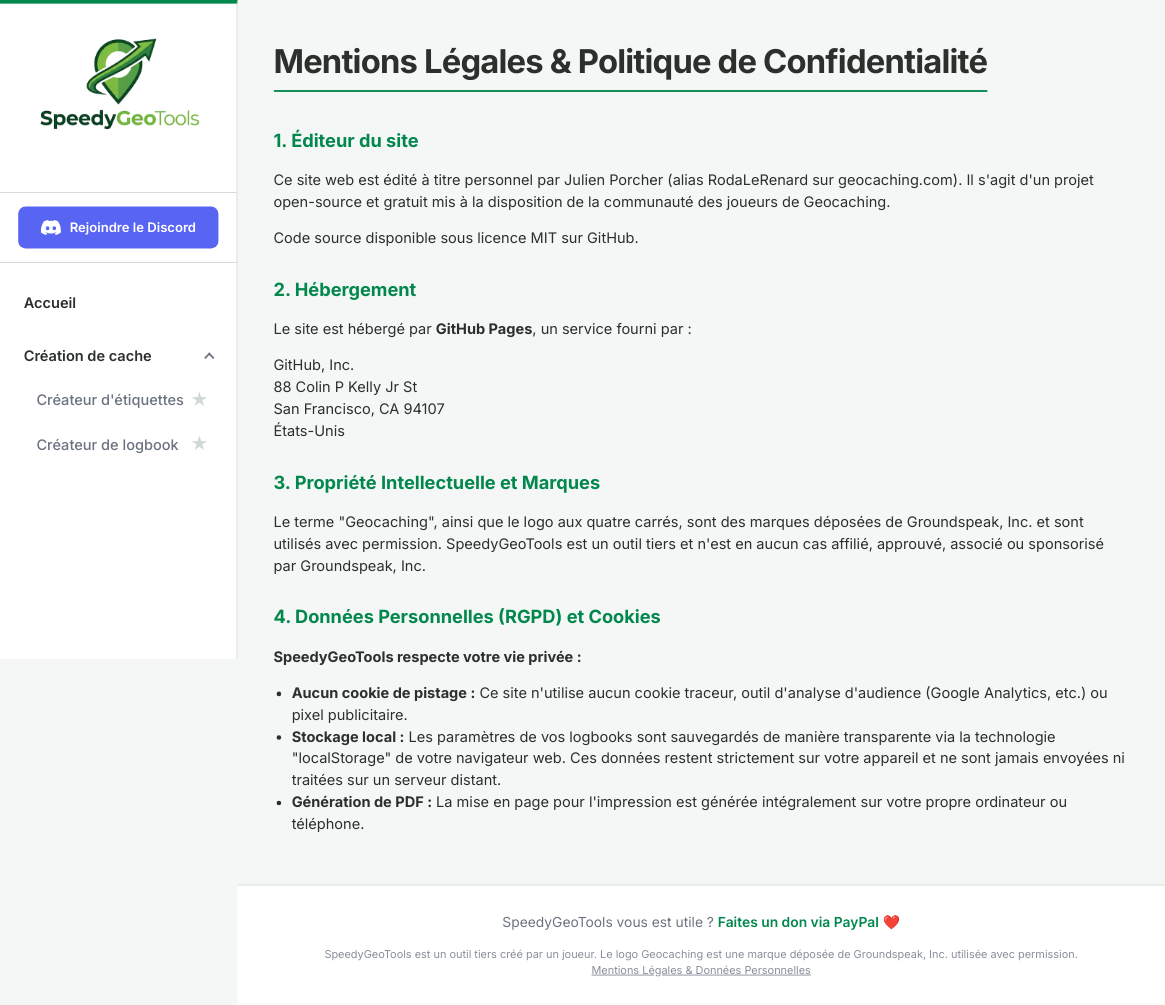
Repository: rodafux/SpeedyGeoTools
Page: mentions-legales.html
The author's editor kept a copy of each file at every save. The page is drawn from the files as they stood at one save, then again after the next save.
The browser window is 1280 px wide. The pictures show the whole page, at 91% of full size.

Above is the page before, as saved 2026-04-11 00:04:10.

### mentions-legales.html
<!DOCTYPE html>
<html lang="fr">
<head>
    <meta charset="UTF-8">
    <meta name="viewport" content="width=device-width, initial-scale=1.0">
    <title>Mentions Légales - SpeedyGeoTools</title>
    <link rel="preconnect" href="https://fonts.googleapis.com">
    <link rel="preconnect" href="https://fonts.gstatic.com" crossorigin>
    <link href="https://fonts.googleapis.com/css2?family=Inter:wght@400;500;600;700&display=swap" rel="stylesheet">
    <link rel="stylesheet" href="css/style.css">
</head>
<body>
    <div class="app-sidebar no-print">
        <a href="index.html" class="sidebar-brand">
            <img src="logo.png" alt="SpeedyGeoTools" class="brand-logo">
        </a>
        <div id="google_translate_element" class="translation-widget"></div>
        <div class="sidebar-discord">
            <a href="https://discord.gg/7D9yHJCKaA" target="_blank">
                <svg viewBox="0 0 127.14 96.36" width="22" height="22" fill="currentColor">
                    <path d="M107.7,8.07A105.15,105.15,0,0,0,81.47,0a72.06,72.06,0,0,0-3.36,6.83A97.68,97.68,0,0,0,49,6.83,72.37,72.37,0,0,0,45.64,0,105.89,105.89,0,0,0,19.39,8.09C2.79,32.65-1.71,56.6.54,80.21h0A105.73,105.73,0,0,0,32.71,96.36,77.7,77.7,0,0,0,39.6,85.25a68.42,68.42,0,0,1-10.85-5.18c.91-.66,1.8-1.34,2.66-2a75.57,75.57,0,0,0,64.32,0c.87.71,1.76,1.39,2.66,2a68.68,68.68,0,0,1-10.87,5.19,77,77,0,0,0,6.89,11.1A105.25,105.25,0,0,0,126.6,80.22h0C129.24,52.84,122.09,29.11,107.7,8.07ZM42.45,65.69C36.18,65.69,31,60,31,53s5-12.74,11.43-12.74S54,46,53.89,53,48.84,65.69,42.45,65.69Zm42.24,0C78.41,65.69,73.31,60,73.31,53s5-12.74,11.43-12.74S96.33,46,96.22,53,91.08,65.69,84.69,65.69Z"/>
                </svg>
                <span>Rejoindre le Discord</span>
            </a>
        </div>
        <div class="sidebar-nav">
            <a href="index.html">Accueil</a>
            <details open>
                <summary>Création de cache</summary>
                <a href="etiquettes.html">Créateur d'étiquettes</a>
                <a href="logbook.html">Créateur de logbook</a>
            </details>
        </div>
    </div>
    <div class="app-content">
        <div class="container legal-content">
            <h1>Mentions Légales & Politique de Confidentialité</h1>
            <h2>1. Éditeur du site</h2>
            <p>Ce site web est édité à titre personnel par Julien Porcher (alias RodaLeRenard sur geocaching.com). Il s'agit d'un projet open-source et gratuit mis à la disposition de la communauté des joueurs de Geocaching.</p>
            <p>Code source disponible sous licence MIT sur GitHub.</p>
            <h2>2. Hébergement</h2>
            <p>Le site est hébergé par <strong>GitHub Pages</strong>, un service fourni par :</p>
            <p>GitHub, Inc.<br>88 Colin P Kelly Jr St<br>San Francisco, CA 94107<br>États-Unis</p>
            <h2>3. Propriété Intellectuelle et Marques</h2>
            <p>Le terme "Geocaching", ainsi que le logo aux quatre carrés, sont des marques déposées de Groundspeak, Inc. et sont utilisés avec permission. SpeedyGeoTools est un outil tiers et n'est en aucun cas affilié, approuvé, associé ou sponsorisé par Groundspeak, Inc.</p>
            <h2>4. Données Personnelles (RGPD) et Cookies</h2>
            <p><strong>SpeedyGeoTools respecte votre vie privée :</strong></p>
            <ul>
                <li><strong>Aucun cookie de pistage :</strong> Ce site n'utilise aucun cookie traceur, outil d'analyse d'audience (Google Analytics, etc.) ou pixel publicitaire.</li>
                <li><strong>Stockage local :</strong> Les paramètres de vos logbooks sont sauvegardés de manière transparente via la technologie "localStorage" de votre navigateur web. Ces données restent strictement sur votre appareil et ne sont jamais envoyées ni traitées sur un serveur distant.</li>
                <li><strong>Génération de PDF :</strong> La mise en page pour l'impression est générée intégralement sur votre propre ordinateur ou téléphone.</li>
            </ul>
        </div>
        <footer class="site-footer no-print">
            <p>SpeedyGeoTools vous est utile ? <a href="https://paypal.me/JulienPorcher" target="_blank" rel="noopener noreferrer">Faites un don via PayPal</a> ❤️</p>
            <p class="disclaimer">
                SpeedyGeoTools est un outil tiers créé par un joueur. Le logo Geocaching est une marque déposée de Groundspeak, Inc. utilisée avec permission.<br>
                <a href="mentions-legales.html">Mentions Légales & Données Personnelles</a>
            </p>
        </footer>
    </div>
    <script type="text/javascript" src="//translate.google.com/translate_a/element.js?cb=googleTranslateElementInit"></script>
    <script src="js/main.js"></script>
</body>
</html>

### css/style.css
:root {
    --primary-color: #02874D;
    --primary-hover: #01683B;
    --secondary-color: #F26522;
    --secondary-hover: #D9561C;
    --bg-body: #f4f7f5;
    --bg-surface: #ffffff;
    --text-main: #2b302c;
    --text-muted: #6b7280;
    --border-color: #d1d9d4;
    --shadow-sm: 0 1px 2px 0 rgba(0, 0, 0, 0.05);
    --shadow-md: 0 4px 6px -1px rgba(0, 0, 0, 0.1), 0 2px 4px -1px rgba(0, 0, 0, 0.06);
    --radius: 10px;
}
body {
    font-family: 'Inter', system-ui, -apple-system, sans-serif;
    margin: 0; padding: 0; background-color: var(--bg-body); color: var(--text-main);
    line-height: 1.5; display: flex; min-height: 100vh;
}
.app-sidebar {
    width: 260px; background-color: var(--bg-surface); border-right: 1px solid var(--border-color);
    display: flex; flex-direction: column; position: sticky; top: 0; height: 100vh; z-index: 1000;
    border-top: 4px solid var(--primary-color);
}
.sidebar-header {
    display: flex; justify-content: space-between; align-items: center; border-bottom: 1px solid var(--border-color);
    width: 100%; box-sizing: border-box; background-color: var(--bg-surface); z-index: 1001;
}
.sidebar-brand {
    padding: 24px 20px; display: flex; align-items: center; justify-content: center;
    text-decoration: none; overflow: hidden; width: 100%; box-sizing: border-box;
}
.brand-logo {
    width: 100%; max-width: 200px; height: auto; object-fit: contain; transform: scale(1.4); margin: 10px 0;
}
.mobile-menu-toggle {
    display: none; background: transparent !important; border: none; font-size: 2rem; cursor: pointer;
    color: var(--text-main); padding: 5px 20px; box-shadow: none !important; width: auto; margin: 0; flex-shrink: 0;
}
.sidebar-content {
    display: flex; flex-direction: column; flex: 1; overflow-y: auto;
}
.search-container {
    padding: 15px 20px; border-bottom: 1px solid var(--border-color);
}
.search-container input {
    width: 100%; padding: 10px 15px; font-size: 0.95rem; font-family: inherit; color: var(--text-main);
    background-color: var(--bg-body); border: 1px solid var(--border-color); border-radius: 20px; box-sizing: border-box; transition: all 0.2s;
}
.search-container input:focus {
    outline: none; border-color: var(--primary-color); background-color: #fff; box-shadow: 0 0 0 3px rgba(2, 135, 77, 0.15);
}
.translation-widget { padding: 15px 20px; border-bottom: 1px solid var(--border-color); }
.goog-te-gadget { color: transparent !important; font-size: 0px; }
.goog-logo-link { display: none !important; }
.goog-te-combo {
    width: 100%; padding: 10px; font-size: 0.9rem; font-family: 'Inter', sans-serif;
    color: var(--text-main); background-color: #f9fafb; border: 1px solid var(--border-color);
    border-radius: 8px; outline: none; cursor: pointer; box-sizing: border-box;
}
.goog-te-combo:focus { border-color: var(--primary-color); box-shadow: 0 0 0 3px rgba(2, 135, 77, 0.15); }
.sidebar-discord { padding: 15px 20px; border-bottom: 1px solid var(--border-color); }
.sidebar-discord a {
    display: flex; align-items: center; justify-content: center; gap: 10px;
    background-color: #5865F2; color: white !important; text-decoration: none !important;
    padding: 12px 15px; border-radius: 8px; font-weight: 600; font-size: 0.9rem;
    transition: background-color 0.2s, transform 0.1s;
}
.sidebar-discord a:hover { background-color: #4752C4; }
.skiptranslate iframe, .goog-te-banner-frame { display: none !important; }
body { top: 0px !important; position: static !important; }
#goog-gt-tt, .goog-te-balloon-frame, div[id^="goog-gt-"] { display: none !important; }
.goog-text-highlight { background-color: transparent !important; box-shadow: none !important; }
.sidebar-nav { padding: 20px 10px; display: flex; flex-direction: column; gap: 5px; }
.sidebar-nav details { margin-bottom: 5px; }
.sidebar-nav summary {
    cursor: pointer; padding: 12px 16px; color: var(--text-main); font-weight: 600;
    list-style: none; outline: none; border-radius: 8px; transition: background 0.2s; position: relative;
}
.sidebar-nav summary::-webkit-details-marker { display: none; }
.sidebar-nav summary:hover { background-color: var(--bg-body); }
.sidebar-nav summary::after {
    content: ""; position: absolute; right: 16px; top: calc(50% - 2px); width: 6px; height: 6px;
    border-right: 2px solid var(--text-muted); border-bottom: 2px solid var(--text-muted);
    transform: translateY(-50%) rotate(45deg); transition: transform 0.2s ease-in-out;
}
.sidebar-nav details[open] summary::after { transform: translateY(-50%) rotate(-135deg); top: calc(50% + 2px); }
.sidebar-nav > a {
    padding: 12px 16px; color: var(--text-main); font-weight: 600; text-decoration: none;
    border-radius: 8px; transition: all 0.2s; display: block; margin-bottom: 5px;
}
.sidebar-nav > a:hover { background-color: var(--bg-body); }
.sidebar-nav > a.active { background-color: rgba(2, 135, 77, 0.1); color: var(--primary-color); border-left: 3px solid var(--primary-color); }
.sidebar-nav details a {
    padding: 10px 16px 10px 30px; color: var(--text-muted); text-decoration: none;
    font-weight: 500; border-radius: 8px; transition: all 0.2s; display: flex; justify-content: space-between; align-items: center;
}
.sidebar-nav details a:hover { background-color: var(--bg-body); color: var(--text-main); }
.sidebar-nav details a.active { background-color: rgba(2, 135, 77, 0.1); color: var(--primary-color); font-weight: 600; border-left: 3px solid var(--primary-color); }
.star-btn { color: #d1d9d4; font-size: 1.2rem; cursor: pointer; transition: color 0.2s, transform 0.2s; padding: 0 5px; }
.star-btn:hover { color: var(--primary-color); transform: scale(1.2); }
.star-btn.active { color: var(--primary-color); }
.app-content { flex: 1; display: flex; flex-direction: column; min-width: 0; min-height: 100vh; }
.container { padding: 40px 30px; max-width: 1000px; margin: 0 auto; flex: 1; width: 100%; box-sizing: border-box; }
h1 { font-size: 2.25rem; font-weight: 700; color: var(--text-main); margin-top: 0; margin-bottom: 8px; letter-spacing: -0.025em; border-bottom: 2px solid var(--primary-color); display: inline-block; padding-bottom: 5px; }
p.subtitle { font-size: 1.1rem; color: var(--text-muted); margin-bottom: 30px; margin-top: 10px; }
.welcome-message {
    background-color: rgba(2, 135, 77, 0.05); border-left: 4px solid var(--primary-color);
    padding: 15px 20px; border-radius: 8px; margin-bottom: 30px; font-size: 0.95rem; color: var(--text-main); line-height: 1.6;
}
.welcome-message p { margin: 0; }
.home-grid { display: flex; gap: 20px; align-items: stretch; flex-wrap: wrap; }
.home-grid > a { flex: 1; min-width: 280px; display: flex; }
.tool-card {
    background-color: var(--bg-surface); border: 1px solid var(--border-color); border-radius: var(--radius);
    padding: 24px; cursor: pointer; transition: all 0.3s ease; box-shadow: var(--shadow-sm);
    margin-bottom: 20px; position: relative; overflow: hidden; width: 100%; box-sizing: border-box; border-top: 4px solid var(--primary-color);
}
.tool-card::before {
    content: ""; position: absolute; top: 0; left: 0; width: 4px; height: 100%;
    background-color: var(--secondary-color); transform: scaleY(0); transition: transform 0.3s ease; transform-origin: bottom;
}
.tool-card:hover { box-shadow: var(--shadow-md); transform: translateY(-2px); border-color: transparent; }
.tool-card:hover::before { transform: scaleY(1); }
.tool-card h2 { margin-top: 0; color: var(--primary-color); font-size: 1.25rem; font-weight: 600; margin-bottom: 8px; }
.tool-card p { margin: 0; color: var(--text-muted); font-size: 0.95rem; }
.widget-container {
    margin-top: 40px; background-color: var(--bg-surface); border: 1px solid var(--border-color);
    border-radius: var(--radius); padding: 30px 24px; text-align: center; box-shadow: var(--shadow-sm); border-top: 4px solid var(--primary-color);
}
.widget-container h2 { color: var(--primary-color); font-size: 1.25rem; margin-top: 0; margin-bottom: 8px; }
.widget-container p { color: var(--text-muted); margin-bottom: 20px; font-size: 0.95rem; }
.iframe-wrapper { display: flex; justify-content: center; }
.iframe-wrapper iframe { max-width: 100%; border-radius: 8px; box-shadow: var(--shadow-md); }
.main-layout { display: flex; gap: 30px; align-items: flex-start; }
.controls-panel {
    flex: 1; background-color: var(--bg-surface); padding: 30px; border-radius: var(--radius);
    box-shadow: var(--shadow-md); border: 1px solid var(--border-color); border-top: 4px solid var(--primary-color);
}
#cachesListContainer > div {
    background-color: #f9fafb; border: 1px solid var(--border-color); border-left: 5px solid var(--primary-color);
    padding: 20px; margin-bottom: 20px; border-radius: 8px; box-shadow: var(--shadow-sm); position: relative; transition: box-shadow 0.2s ease;
}
#cachesListContainer > div:hover { box-shadow: var(--shadow-md); }
#cachesListContainer > div:nth-child(even) { background-color: #ffffff; border-left: 5px solid var(--secondary-color); }
#cachesListContainer > div h3 { margin-top: 0; margin-bottom: 15px; color: var(--text-main); font-size: 1.1rem; border-bottom: 1px solid var(--border-color); padding-bottom: 8px; }
.form-group { margin-bottom: 20px; }
.emergency-toggle { background-color: #ffebee; padding: 15px; border-radius: 8px; border: 1px solid #ffcdd2; margin-bottom: 25px; border-left: 4px solid #d32f2f; }
.checkbox-group { display: flex; align-items: center; gap: 10px; }
.sub-checkbox { margin-left: 25px; margin-top: -10px; }
.checkbox-group input { width: auto; accent-color: var(--primary-color); }
label { display: block; font-weight: 500; color: var(--text-main); margin-bottom: 8px; font-size: 0.95rem; }
.checkbox-group label { margin-bottom: 0; }
input[type="text"], input[type="number"], input[type="file"], select {
    width: 100%; padding: 12px 16px; font-size: 1rem; font-family: inherit; color: var(--text-main);
    background-color: #f9fafb; border: 1px solid var(--border-color); border-radius: 8px; box-sizing: border-box; transition: all 0.2s;
}
input[type="text"]:focus, input[type="number"]:focus, select:focus { outline: none; border-color: var(--primary-color); background-color: #fff; box-shadow: 0 0 0 3px rgba(2, 135, 77, 0.15); }
button {
    width: 100%; background-color: var(--primary-color); color: white; border: none; padding: 14px 20px;
    font-size: 1rem; font-weight: 600; font-family: inherit; border-radius: 8px; cursor: pointer; transition: background-color 0.2s, transform 0.1s;
    margin-top: 10px; box-shadow: var(--shadow-sm);
}
button:hover { background-color: var(--primary-hover); box-shadow: var(--shadow-md); }
button:active { transform: scale(0.98); }
.btn-secondary { background-color: var(--secondary-color) !important; color: white !important; }
.btn-secondary:hover { background-color: var(--secondary-hover) !important; }
.btn-outline { background-color: var(--bg-body) !important; color: var(--text-main) !important; border: 1px solid var(--border-color) !important; box-shadow: none !important; }
.btn-outline:hover { background-color: #e2e8f0 !important; }
.site-footer {
    text-align: center; padding: 30px 20px; background-color: var(--bg-surface); border-top: 1px solid var(--border-color);
    color: var(--text-muted); font-size: 0.95rem; margin-top: auto;
}
.site-footer p { margin: 0; }
.site-footer a { color: var(--primary-color); text-decoration: none; font-weight: 600; transition: color 0.2s ease; }
.site-footer a:hover { color: var(--secondary-color); text-decoration: underline; }
.site-footer .disclaimer { font-size: 0.75rem; color: var(--text-muted); margin-top: 15px; line-height: 1.4; opacity: 0.8; }
.site-footer .disclaimer a { color: var(--text-muted); font-weight: normal; text-decoration: underline; }
.legal-content h2 { font-size: 1.25rem; color: var(--primary-color); margin-top: 30px; margin-bottom: 10px; }
.legal-content p, .legal-content ul { margin-bottom: 15px; color: var(--text-main); }
.legal-content ul { padding-left: 20px; }
#render-area { display: none; }
@media (max-width: 768px) {
    body { flex-direction: column; }
    .app-sidebar { width: 100%; height: auto; position: sticky; border-right: none; border-bottom: none; }
    .sidebar-header { padding: 10px 0; }
    .sidebar-brand { padding: 5px 20px; width: auto; justify-content: flex-start; }
    .brand-logo { max-width: 150px; transform: scale(1.1); margin: 0; }
    .mobile-menu-toggle { display: block; }
    .sidebar-content {
        display: none; position: absolute; top: 100%; left: 0; width: 100%; background-color: var(--bg-surface);
        box-shadow: var(--shadow-md); max-height: calc(100vh - 70px); overflow-y: auto; flex-direction: column; border-bottom: 1px solid var(--border-color);
    }
    .sidebar-content.active { display: flex; }
    .main-layout { flex-direction: column-reverse; }
}

Loaded but not shown: js/main.js (168 lines, source omitted)

After the next save:
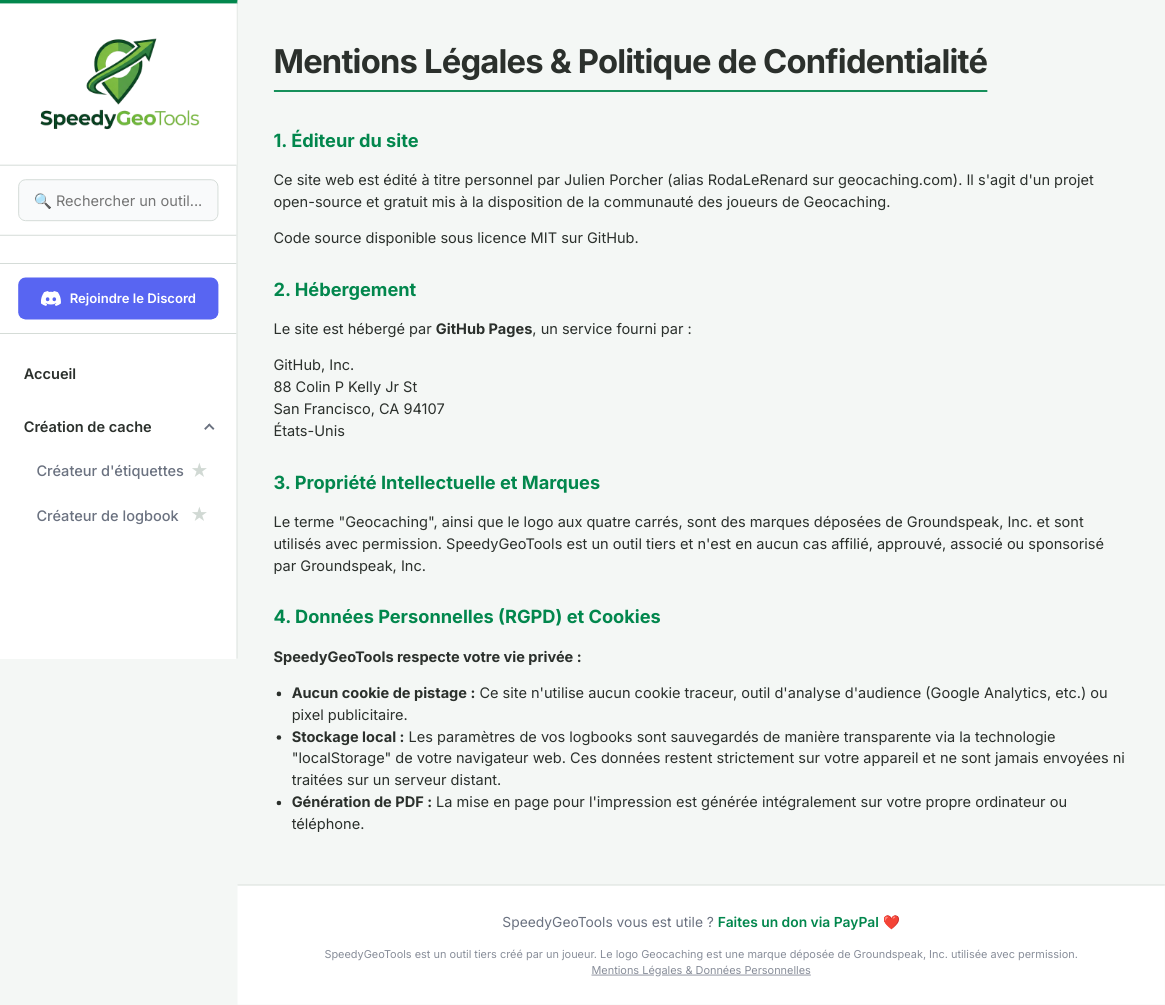
Saved 7 s later.
--- a/mentions-legales.html
+++ b/mentions-legales.html
@@ -11,25 +11,33 @@
 </head>
 <body>
     <div class="app-sidebar no-print">
-        <a href="index.html" class="sidebar-brand">
-            <img src="logo.png" alt="SpeedyGeoTools" class="brand-logo">
-        </a>
-        <div id="google_translate_element" class="translation-widget"></div>
-        <div class="sidebar-discord">
-            <a href="https://discord.gg/7D9yHJCKaA" target="_blank">
-                <svg viewBox="0 0 127.14 96.36" width="22" height="22" fill="currentColor">
-                    <path d="M107.7,8.07A105.15,105.15,0,0,0,81.47,0a72.06,72.06,0,0,0-3.36,6.83A97.68,97.68,0,0,0,49,6.83,72.37,72.37,0,0,0,45.64,0,105.89,105.89,0,0,0,19.39,8.09C2.79,32.65-1.71,56.6.54,80.21h0A105.73,105.73,0,0,0,32.71,96.36,77.7,77.7,0,0,0,39.6,85.25a68.42,68.42,0,0,1-10.85-5.18c.91-.66,1.8-1.34,2.66-2a75.57,75.57,0,0,0,64.32,0c.87.71,1.76,1.39,2.66,2a68.68,68.68,0,0,1-10.87,5.19,77,77,0,0,0,6.89,11.1A105.25,105.25,0,0,0,126.6,80.22h0C129.24,52.84,122.09,29.11,107.7,8.07ZM42.45,65.69C36.18,65.69,31,60,31,53s5-12.74,11.43-12.74S54,46,53.89,53,48.84,65.69,42.45,65.69Zm42.24,0C78.41,65.69,73.31,60,73.31,53s5-12.74,11.43-12.74S96.33,46,96.22,53,91.08,65.69,84.69,65.69Z"/>
-                </svg>
-                <span>Rejoindre le Discord</span>
+        <div class="sidebar-header">
+            <a href="index.html" class="sidebar-brand">
+                <img src="logo.png" alt="SpeedyGeoTools" class="brand-logo">
             </a>
+            <button class="mobile-menu-toggle" onclick="toggleMobileMenu()">☰</button>
         </div>
-        <div class="sidebar-nav">
-            <a href="index.html">Accueil</a>
-            <details open>
-                <summary>Création de cache</summary>
-                <a href="etiquettes.html">Créateur d'étiquettes</a>
-                <a href="logbook.html">Créateur de logbook</a>
-            </details>
+        <div class="sidebar-content" id="sidebarContent">
+            <div class="search-container">
+                <input type="text" id="toolSearch" placeholder="🔍 Rechercher un outil..." onkeyup="filterTools()">
+            </div>
+            <div id="google_translate_element" class="translation-widget"></div>
+            <div class="sidebar-discord">
+                <a href="https://discord.gg/7D9yHJCKaA" target="_blank">
+                    <svg viewBox="0 0 127.14 96.36" width="22" height="22" fill="currentColor">
+                        <path d="M107.7,8.07A105.15,105.15,0,0,0,81.47,0a72.06,72.06,0,0,0-3.36,6.83A97.68,97.68,0,0,0,49,6.83,72.37,72.37,0,0,0,45.64,0,105.89,105.89,0,0,0,19.39,8.09C2.79,32.65-1.71,56.6.54,80.21h0A105.73,105.73,0,0,0,32.71,96.36,77.7,77.7,0,0,0,39.6,85.25a68.42,68.42,0,0,1-10.85-5.18c.91-.66,1.8-1.34,2.66-2a75.57,75.57,0,0,0,64.32,0c.87.71,1.76,1.39,2.66,2a68.68,68.68,0,0,1-10.87,5.19,77,77,0,0,0,6.89,11.1A105.25,105.25,0,0,0,126.6,80.22h0C129.24,52.84,122.09,29.11,107.7,8.07ZM42.45,65.69C36.18,65.69,31,60,31,53s5-12.74,11.43-12.74S54,46,53.89,53,48.84,65.69,42.45,65.69Zm42.24,0C78.41,65.69,73.31,60,73.31,53s5-12.74,11.43-12.74S96.33,46,96.22,53,91.08,65.69,84.69,65.69Z"/>
+                    </svg>
+                    <span>Rejoindre le Discord</span>
+                </a>
+            </div>
+            <div class="sidebar-nav">
+                <a href="index.html">Accueil</a>
+                <details open>
+                    <summary>Création de cache</summary>
+                    <a href="etiquettes.html">Créateur d'étiquettes</a>
+                    <a href="logbook.html">Créateur de logbook</a>
+                </details>
+            </div>
         </div>
     </div>
     <div class="app-content">
